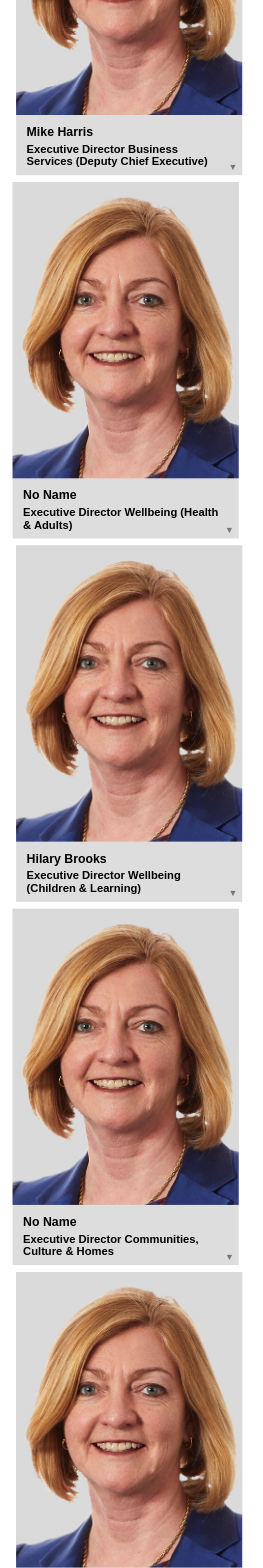
Repository: DigitalExperienceTeam/management
Page: index.html
The author's editor kept a record of every edit. The page is drawn from the files as they stood at one moment, then again after the next edit.
The browser window is 375 px wide. The pictures show the part of the page from y = 806 to 3046 px (the page is 3643 px tall before and 3583 px after), at 70% of full size.

Above is the page before.

### index.html
<!DOCTYPE html>
<html lang="en">

<head>
    <meta charset="UTF-8">
    <meta name="viewport" content="width=device-width, initial-scale=1.0">
    <meta http-equiv="X-UA-Compatible" content="ie=edge">
    <script src="https://ajax.googleapis.com/ajax/libs/jquery/3.4.1/jquery.min.js"></script>

    <script type="text/javascript" src="profiles.js"></script>

    <link rel="stylesheet" href="style.css" type="text/css" />
    <title>Document</title>
</head>

<body>
    <div class="profiles-wrapper">
        <div class="profile lighter">
               <img class="profile-pic" src="sandy.jpg">
            <div class="details">
                <p class="name">Sandy Hopkins</p>
                <p class="title">Chief Executive<span class="more">&#9660;</span></p>
            </div>
            <div class="bio">
                <p>Lorem ipsum dolor sit amet, consectetur adipiscing elit. Nunc quis feugiat magna, non vehicula purus. Sed quis enim et dolor tempor aliquet. Proin a tincidunt ligula, nec rhoncus risus. Aliquam ut magna ac nisl dapibus lobortis ut molestie eros. Maecenas ornare quam vel accumsan congue. Curabitur mattis, odio non rhoncus tempor, diam elit convallis lacus, quis feugiat est lectus sit amet mi. Donec at ex in turpis luctus blandit sit amet eu eros. Nullam a libero turpis. Nullam mattis id est ut suscipit. Donec hendrerit turpis sed ligula hendrerit commodo.</p>
<p>Cras sed vulputate libero. Nam rhoncus quam turpis, vitae eleifend velit ornare a. Donec sollicitudin leo id nunc faucibus, imperdiet porttitor ex dictum. Nam condimentum nibh porta ligula molestie rhoncus. Sed pellentesque lacinia nisi ut finibus. Fusce facilisis scelerisque facilisis. Sed consequat quam nec lectus faucibus lacinia.</p>
<div class="less">&#9650;</div>
            </div>
        </div>

    </div>
    <hr class="profile-divider"></hr>


    <div class="profiles-wrapper">


                 <div class="profile lighter">
               <img class="profile-pic" src="sandy.jpg">
            <div class="details">
                <p class="name">Mike Harris</p>
                <p class="title">Executive Director Business Services (Deputy Chief Executive)<span class="more">&#9660;</span></p>
            </div>
            <div class="bio">
                <p>Lorem ipsum dolor sit amet, consectetur adipiscing elit. Nunc quis feugiat magna, non vehicula purus. Sed quis enim et dolor tempor aliquet. Proin a tincidunt ligula, nec rhoncus risus. Aliquam ut magna ac nisl dapibus lobortis ut molestie eros. Maecenas ornare quam vel accumsan congue. Curabitur mattis, odio non rhoncus tempor, diam elit convallis lacus, quis feugiat est lectus sit amet mi. Donec at ex in turpis luctus blandit sit amet eu eros. Nullam a libero turpis. Nullam mattis id est ut suscipit. Donec hendrerit turpis sed ligula hendrerit commodo.</p>
<p>Cras sed vulputate libero. Nam rhoncus quam turpis, vitae eleifend velit ornare a. Donec sollicitudin leo id nunc faucibus, imperdiet porttitor ex dictum. Nam condimentum nibh porta ligula molestie rhoncus. Sed pellentesque lacinia nisi ut finibus. Fusce facilisis scelerisque facilisis. Sed consequat quam nec lectus faucibus lacinia.</p>
<div class="less">&#9650;</div>
            </div>
        </div>
         <div class="profile lighter">
            <img class="profile-pic" src="sandy.jpg">
            <div class="details">
                <p class="name">No Name</p>
                <p class="title">Executive Director Wellbeing (Health & Adults)<span class="more">&#9660;</span></p>
            </div>
            <div class="bio">
                <p>Lorem ipsum dolor sit amet, consectetur adipiscing elit. Nunc quis feugiat magna, non vehicula purus. Sed quis enim et dolor tempor aliquet. Proin a tincidunt ligula, nec rhoncus risus. Aliquam ut magna ac nisl dapibus lobortis ut molestie eros. Maecenas ornare quam vel accumsan congue. Curabitur mattis, odio non rhoncus tempor, diam elit convallis lacus, quis feugiat est lectus sit amet mi. Donec at ex in turpis luctus blandit sit amet eu eros. Nullam a libero turpis. Nullam mattis id est ut suscipit. Donec hendrerit turpis sed ligula hendrerit commodo.</p>
<p>Cras sed vulputate libero. Nam rhoncus quam turpis, vitae eleifend velit ornare a. Donec sollicitudin leo id nunc faucibus, imperdiet porttitor ex dictum. Nam condimentum nibh porta ligula molestie rhoncus. Sed pellentesque lacinia nisi ut finibus. Fusce facilisis scelerisque facilisis. Sed consequat quam nec lectus faucibus lacinia.</p>
<div class="less">&#9650;</div>
            </div>
        </div>
            <div class="profile lighter">
               <img class="profile-pic" src="sandy.jpg">
            <div class="details">
                <p class="name">Hilary Brooks</p>
                <p class="title">Executive Director Wellbeing (Children & Learning)<span class="more">&#9660;</span></p>
            </div>
            <div class="bio">
                <p>Lorem ipsum dolor sit amet, consectetur adipiscing elit. Nunc quis feugiat magna, non vehicula purus. Sed quis enim et dolor tempor aliquet. Proin a tincidunt ligula, nec rhoncus risus. Aliquam ut magna ac nisl dapibus lobortis ut molestie eros. Maecenas ornare quam vel accumsan congue. Curabitur mattis, odio non rhoncus tempor, diam elit convallis lacus, quis feugiat est lectus sit amet mi. Donec at ex in turpis luctus blandit sit amet eu eros. Nullam a libero turpis. Nullam mattis id est ut suscipit. Donec hendrerit turpis sed ligula hendrerit commodo.</p>
<p>Cras sed vulputate libero. Nam rhoncus quam turpis, vitae eleifend velit ornare a. Donec sollicitudin leo id nunc faucibus, imperdiet porttitor ex dictum. Nam condimentum nibh porta ligula molestie rhoncus. Sed pellentesque lacinia nisi ut finibus. Fusce facilisis scelerisque facilisis. Sed consequat quam nec lectus faucibus lacinia.</p>
<div class="less">&#9650;</div>
            </div>
        </div>

          <div class="profile lighter">
               <img class="profile-pic" src="sandy.jpg">
            <div class="details">
                <p class="name">No Name</p>
                <p class="title">Executive Director Communities, Culture & Homes<span class="more">&#9660;</span></p>
            </div>
            <div class="bio">
                <p>Lorem ipsum dolor sit amet, consectetur adipiscing elit. Nunc quis feugiat magna, non vehicula purus. Sed quis enim et dolor tempor aliquet. Proin a tincidunt ligula, nec rhoncus risus. Aliquam ut magna ac nisl dapibus lobortis ut molestie eros. Maecenas ornare quam vel accumsan congue. Curabitur mattis, odio non rhoncus tempor, diam elit convallis lacus, quis feugiat est lectus sit amet mi. Donec at ex in turpis luctus blandit sit amet eu eros. Nullam a libero turpis. Nullam mattis id est ut suscipit. Donec hendrerit turpis sed ligula hendrerit commodo.</p>
<p>Cras sed vulputate libero. Nam rhoncus quam turpis, vitae eleifend velit ornare a. Donec sollicitudin leo id nunc faucibus, imperdiet porttitor ex dictum. Nam condimentum nibh porta ligula molestie rhoncus. Sed pellentesque lacinia nisi ut finibus. Fusce facilisis scelerisque facilisis. Sed consequat quam nec lectus faucibus lacinia.</p>
<div class="less">&#9650;</div>
            </div>
        </div>

          <div class="profile lighter">
            <img class="profile-pic" src="sandy.jpg">
            <div class="details">
                <p class="name">No Name</p>
                <p class="title">Executive Director Place<span class="more">&#9660;</span></p>
            </div>
            <div class="bio">
                <p>Lorem ipsum dolor sit amet, consectetur adipiscing elit. Nunc quis feugiat magna, non vehicula purus. Sed quis enim et dolor tempor aliquet. Proin a tincidunt ligula, nec rhoncus risus. Aliquam ut magna ac nisl dapibus lobortis ut molestie eros. Maecenas ornare quam vel accumsan congue. Curabitur mattis, odio non rhoncus tempor, diam elit convallis lacus, quis feugiat est lectus sit amet mi. Donec at ex in turpis luctus blandit sit amet eu eros. Nullam a libero turpis. Nullam mattis id est ut suscipit. Donec hendrerit turpis sed ligula hendrerit commodo.</p>
<p>Cras sed vulputate libero. Nam rhoncus quam turpis, vitae eleifend velit ornare a. Donec sollicitudin leo id nunc faucibus, imperdiet porttitor ex dictum. Nam condimentum nibh porta ligula molestie rhoncus. Sed pellentesque lacinia nisi ut finibus. Fusce facilisis scelerisque facilisis. Sed consequat quam nec lectus faucibus lacinia.</p>
<div class="less">&#9650;</div>
            </div>
        </div>



           <div class="profile lighter">
              <img class="profile-pic" src="sandy.jpg">
            <div class="details">
                <p class="name">John Harrison</p>
                <p class="title">Executive Director Finance<span class="more">&#9660;</span></p>
            </div>
            <div class="bio">
                <p>Lorem ipsum dolor sit amet, consectetur adipiscing elit. Nunc quis feugiat magna, non vehicula purus. Sed quis enim et dolor tempor aliquet. Proin a tincidunt ligula, nec rhoncus risus. Aliquam ut magna ac nisl dapibus lobortis ut molestie eros. Maecenas ornare quam vel accumsan congue. Curabitur mattis, odio non rhoncus tempor, diam elit convallis lacus, quis feugiat est lectus sit amet mi. Donec at ex in turpis luctus blandit sit amet eu eros. Nullam a libero turpis. Nullam mattis id est ut suscipit. Donec hendrerit turpis sed ligula hendrerit commodo.</p>
<p>Cras sed vulputate libero. Nam rhoncus quam turpis, vitae eleifend velit ornare a. Donec sollicitudin leo id nunc faucibus, imperdiet porttitor ex dictum. Nam condimentum nibh porta ligula molestie rhoncus. Sed pellentesque lacinia nisi ut finibus. Fusce facilisis scelerisque facilisis. Sed consequat quam nec lectus faucibus lacinia.</p>
<div class="less">&#9650;</div>
            </div>
        </div>





    </div>

</body>

</html>

### profiles.js
$(document).ready(function() {

    $(document).mouseup(function(e)
{
    var container = $(".profile");

    // if the target of the click isn't the container nor a descendant of the container
    if (!container.is(e.target) && container.has(e.target).length === 0)
    {
        $(".bio").slideUp(600);
        $(".profile-pic").removeClass("faded");
        $(".bio").removeClass("darker").addClass("lighter");
        $(".profile").removeClass("darker").addClass("lighter");


    }
});

    $(".profile").click(function() {

        if ( $(this).find(".profile-pic").hasClass("faded")){
            $(this).find(".profile-pic").removeClass("faded");
            $(".profile-pic").not($(this).children()).addClass("faded");

        }

      else {
            $(".profile-pic").not($(this).children()).toggleClass("faded");
      }

        $(this).find(".bio").slideToggle(600);

        $(this).find(".more").fadeToggle(600);

        $(".more").not($(this).children()).show();

        $(".bio").not($(this).children()).slideUp(600);



       $(this).toggleClass("lighter").toggleClass("darker");

      $(".profile").not($(this)).removeClass("darker").addClass("lighter");


       $(this).find(".bio").removeClass("lighter").addClass("darker");


       $(".bio").not($(this).children()).removeClass("darker").addClass("lighter");

    });





});

### style.css
body {
    max-width: 871px;
    font-family: "franklin-gothic-urw",sans-serif;
}

.profiles-wrapper {
    padding: 10px 0;
    display: flex;
    flex-wrap: wrap;
    border-bottom: 1px solid #ccc;
    justify-content: center;
    border-bottom: 1px solid #ccc;
}



.profile {
    box-sizing: border-box;
    width: 29%;
    margin: 15px;
    cursor: pointer;
    display: inline-block;
    vertical-align: top;
    position: relative;
}

.profile:hover {
    background: #ccc;
    transition: 0.4s all;
}


.faded {
    opacity:0.6;
}

.lighter {
    background: #ddd;
}

.darker {
    background: #ccc;
}


.details {
    padding: 5px 15px 10px 15px;
}

.profile img {
    max-width: 100%;
}

.name {
    font-weight: bold;
    font-size: 1.1em;
    margin: 5px 0 0 0;
}

.title {
    font-weight: bold;
     margin: 5px 0 0 0;
     padding-right: 10px;
}

.more {
    float: right;
    color: #777;
    font-family: "Arial Black", Gadget, sans-serif;
    position: absolute;
    right: 7px;
    bottom: 5px;
    font-size: 0.8em;
}

.bio {
    display: none;
    padding: 0 15px 10px 15px;
   position: absolute;
    z-index: 1000;
    font-size: 0.9em;
    box-shadow: 0 10px 10px -2px white;
}

.less {
    text-align: right;
    color: #777;
    font-family: "Arial Black", Gadget, sans-serif;
}

@media only screen and (max-width: 726px) {
 .profiles-wrapper {
    justify-content: flex-start;
}

.profile {
    width: 47%;
    margin: 10px;
}

.profiles-wrapper>.profile:nth-of-type(even) {
margin: 10px 5px 10px 10px;
}

}

@media only screen and (max-width: 615px) {


.profile {
    width: 46%;
}
}

@media only screen and (max-width: 470px) {

.profile {
    width: 45%;
}

}

@media only screen and (max-width: 470px) {

.profiles-wrapper {
    justify-content: flex-start;
}

.profile {
    width: 90%;
    margin: 0 15px;
}


}

After the next edit:
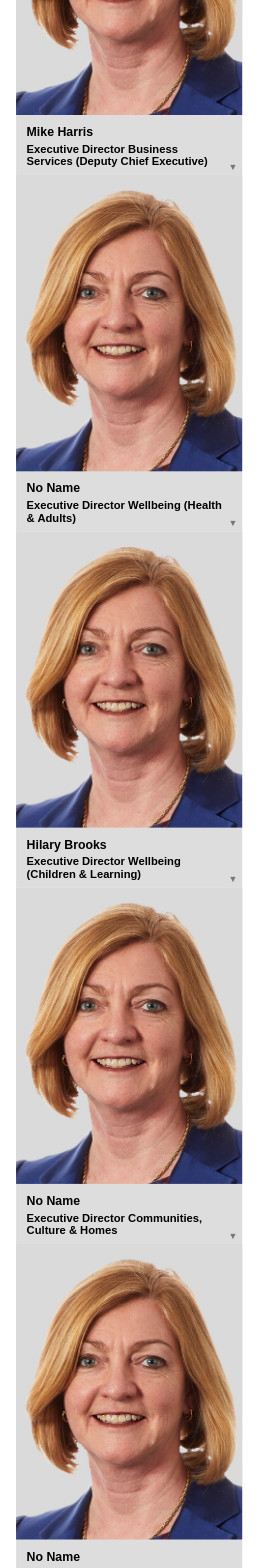
The edit:
--- a/style.css
+++ b/style.css
@@ -131,5 +131,8 @@
     margin: 0 15px;
 }
 
+.profiles-wrapper>.profile:nth-of-type(even) {
+margin: 0 15px;
+}
 
 }
